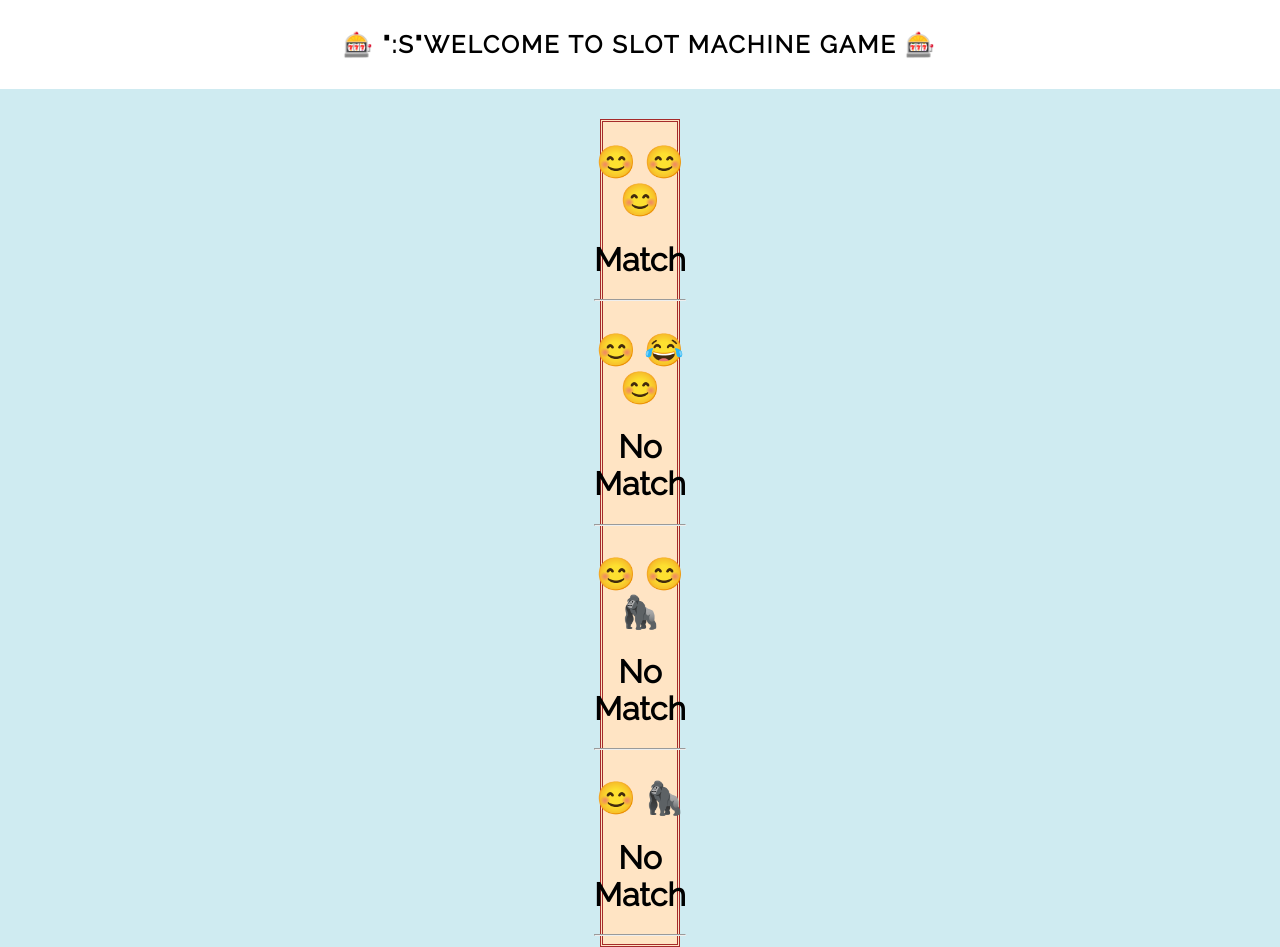
Repository: duggallakshya/slotMachineReact
Page: /
The author's editor kept a copy of each file at every save. The page is drawn from the files as they stood at one save, then again after the next save.
The browser window is 1280 px wide. The pictures show the whole page.
The project was rebuilt for these pictures with package versions that can differ from the ones it lists, and the page was loaded fresh each time.

Above is the page before, as saved 2022-03-23 18:44:07.

### src/index.js
import React from 'react';
import ReactDOM from 'react-dom';
import './index.css';
import App from './App';

ReactDOM.render(
  <App />,
  document.getElementById('root')
)

### src/index.css
@import url('https://fonts.googleapis.com/css2?family=Raleway&display=swap');
body{
  background-color: rgb(207, 235, 241);
  margin: 0;
  padding: 0;

}

.heading-style{
  padding: 30px 0;
  margin-top: 0px;
  text-align: center;
  font-family:'Raleway', sans-serif;
  text-transform: uppercase;
  font-size: 13px;
  letter-spacing: 2px;
  font-weight: 500;
  background-color: #fff;
  font-size: 1.5rem;
  margin-bottom: 30px;
  font-weight: bold;
}

.slot-inner{
  text-align: center;
  font-family: 'Raleway', sans-serif ;
}
.main-div{
  display: flex;
  flex-direction: column;
  height: auto;
  justify-content: center;
  align-items: center;
  background-color: bisque;
  /* padding: 0px 30px;*/
  margin: 0px 600px;
  position: relative;
  border: brown;
  border-style: double;

}

### src/App.jsx
import React from 'react';
import SlotMachine from './SlotMachine';

const App = () => {
    return(
        <>
            <h1 className="heading-style"> 🎰 ":s"Welcome to Slot machine game 🎰</h1>
            <div className="main-div">
                <SlotMachine x ='😊' y ='😊' z ='😊'/>
                <SlotMachine x ='😊' y ='😂' z ='😊'/>
                <SlotMachine x ='😊' y ='😊' z ='🦍'/>
                <SlotMachine x ='😊' y ="" z ='🦍'/>
            </div>
        </>
    )
}

export default App;

### src/SlotMachine.jsx
import React from 'react';

const SlotMachine = (props) => {
    if(props.x===props.y && props.y==props.z){
        return (
            <>
                <div className="slot-inner">

                    <h1> {props.x} {props.y} {props.z} </h1>
                    <h1> Match </h1>
                    <hr/>

                </div>
            </>
        )
    }
    else{
        return (
            <>
                <div className="slot-inner">

                    <h1> {props.x} {props.y} {props.z} </h1>
                    <h1> No Match </h1>
                    <hr/>

                </div>
            </>
        )
    }
}

export default SlotMachine;

Loaded but not shown: public/index.html (common file)

After the next save:
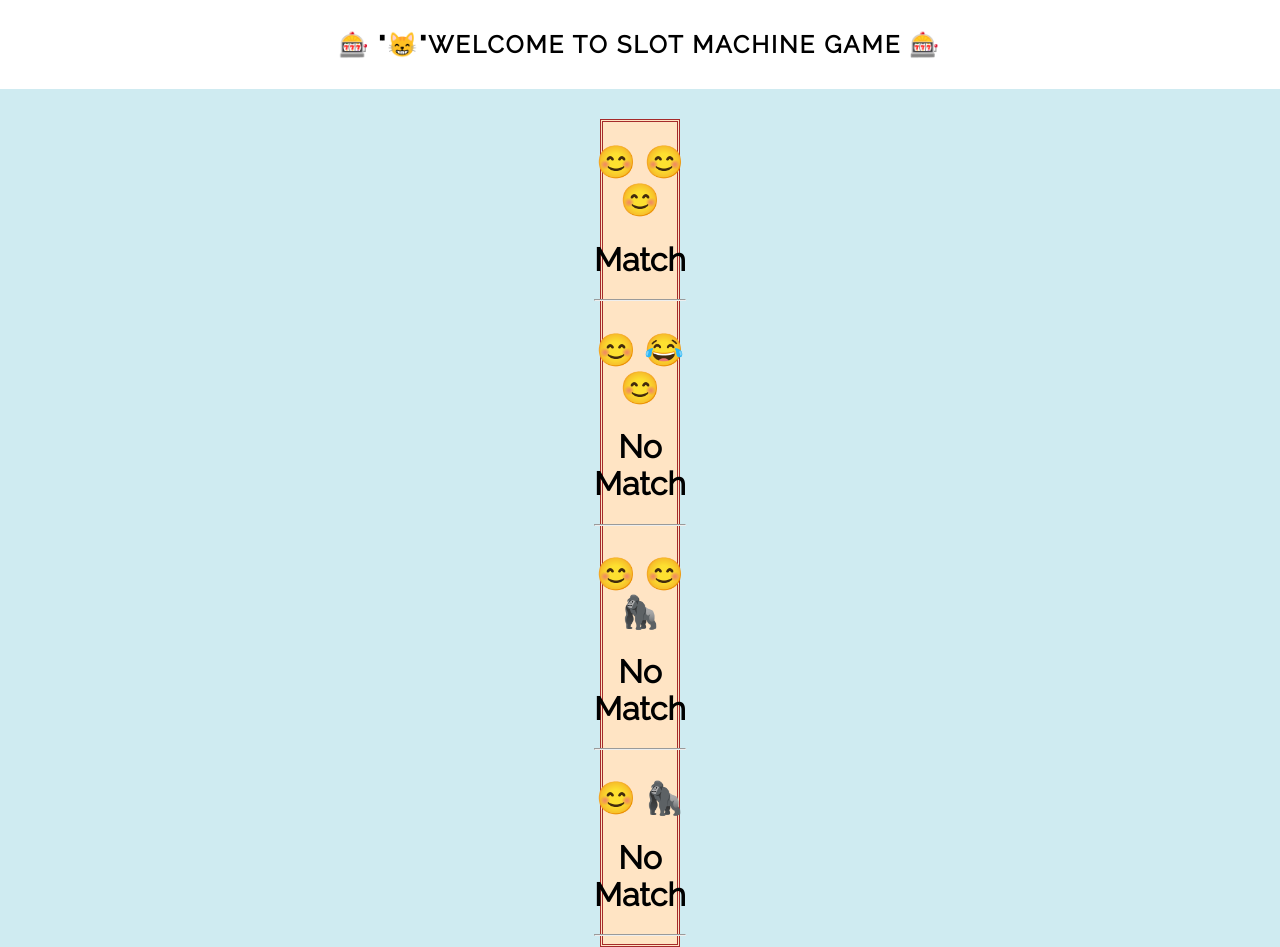
Saved 4 s later.
--- a/src/App.jsx
+++ b/src/App.jsx
@@ -4,7 +4,7 @@ import SlotMachine from './SlotMachine';
 const App = () => {
     return(
         <>
-            <h1 className="heading-style"> 🎰 ":s"Welcome to Slot machine game 🎰</h1>
+            <h1 className="heading-style"> 🎰 "😸"Welcome to Slot machine game 🎰</h1>
             <div className="main-div">
                 <SlotMachine x ='😊' y ='😊' z ='😊'/>
                 <SlotMachine x ='😊' y ='😂' z ='😊'/>
